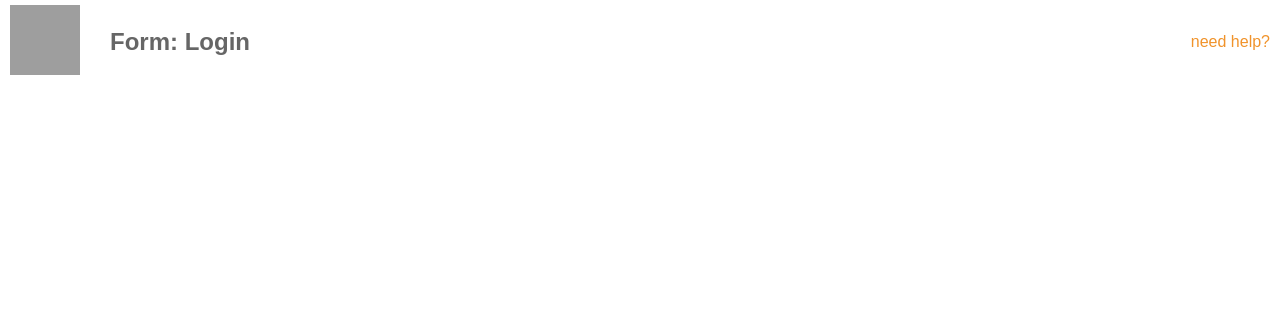
Repository: NguyenDucHung20002/project-homev1
Page: checkout/checkout.html
An editor plug-in stored every save of this project. The page is shown before and after the next save, followed by the edit.
The browser window is 1280 px wide. The pictures show the whole page.
Pictures or frames that could not be fetched are drawn as grey boxes. The style sheet was rebuilt from its Sass, Less or Tailwind sources for each picture, by a compiler version that may differ from the author's.

Above is the page before, as saved 2022-09-20 09:12:07.

### checkout/checkout.html
<!DOCTYPE html>
<html lang="en">

<head>
    <meta charset="UTF-8">
    <meta http-equiv="X-UA-Compatible" content="IE=edge">
    <meta name="viewport" content="width=device-width, initial-scale=1.0">
    <link rel="stylesheet" href="../reset.css">
    <link rel="stylesheet" href="../fontawesome-free-6.1.2-web/css/all.min.css">
    <link rel="stylesheet" href="../dist/css/checkout.css">
    <title>Document</title>
    <link rel="icon" href="/icon/favicon.png">
</head>

<body>
    <header>
        <div class="header">
            <div class="container">
                <div class="header-right">
                    <a href="../homev1.html"><img
                            src="http://wp.0effortthemes.com/themes/veggie/wp-content/uploads/2016/06/header-v3-logo.png"
                            alt=""></a>
                    <h2 class="name-form">Form: Login</h2>
                </div>
                <div class="header-left">
                    <a href="" class="help">need help?</a>
                </div>
            </div>
        </div>
    </header>

    <div class="content">
        <div class="container">

        </div>
    </div>

</body>

<script src="https://cdnjs.cloudflare.com/ajax/libs/jquery/3.6.0/jquery.min.js"
    integrity="sha512-894YE6QWD5I59HgZOGReFYm4dnWc1Qt5NtvYSaNcOP+u1T9qYdvdihz0PPSiiqn/+/3e7Jo4EaG7TubfWGUrMQ=="
    crossorigin="anonymous" referrerpolicy="no-referrer"></script>
<script src="./checkout.js"></script>

</html>

### reset.css
*,
*::after,
*::before {
  margin: 0;
  padding: 0;
  box-sizing: border-box;
}
a {
  text-decoration: none;
  /* mặc đinh là text-decoration: underline; */
}
ul,
ol {
  list-style: none;
}
input,
button {
  outline: none;
  border: none;
  background: none;
}
table,
th,
td {
  border-collapse: collapse;
}

### checkout/checkout.js
$(".btn-checkout").click((e) => {
  e.preventDefault();
});

### checkout/checkout.scss
* {
  font-family: "Poppins", sans-serif;
}
body {
  position: relative;
}
.container {
  margin: 0 auto;
  width: 1270px;
}
header {
  width: 100%;
  position: fixed;
  top: 0;
  left: 0;
  z-index: 10000;
  background-color: rgba(#ffffff, 0.8);
  .header {
    .container {
      display: flex;
      align-items: center;
      justify-content: space-between;
      padding: 5px;
      .header-right {
        display: flex;
        justify-content: flex-start;
        align-items: center;
        a {
          img {
            width: 70px;
            height: 70px;
          }
        }
        .name-form {
          color: #666;
          margin-left: 30px;
        }
      }
      .header-left {
        a {
          color: #f0932b;
        }
      }
    }
  }
}
.content {
  position: relative;
  z-index: 9999;
  .container {
    background-color: #ffffff;
    margin-top: 84px;
    padding: 40px 0px;
    .thank-you {
      width: 400px;
      height: 150px;
      box-shadow: 0px 0px 4px 10px rgba(0, 0, 0, 0.5);
    }
  }
}

Loaded but not shown: fontawesome-free-6.1.2-web/css/all.min.css (library)

After the next save:
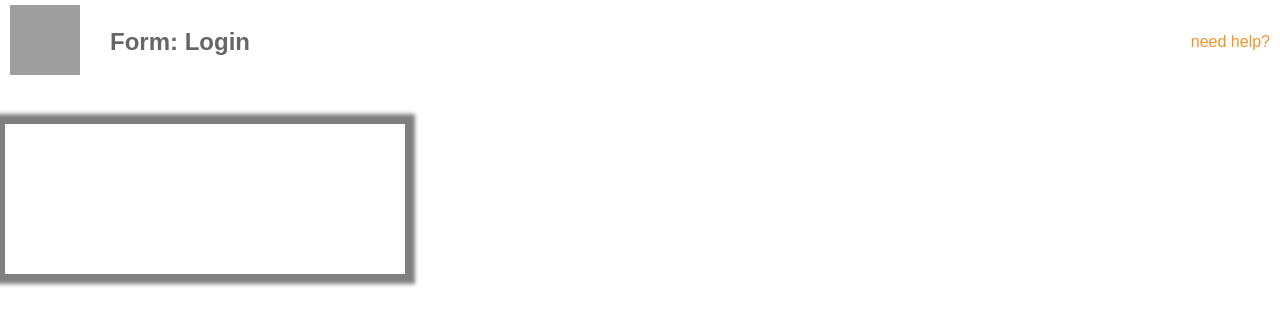
Saved 41 s later.
--- a/checkout/checkout.html
+++ b/checkout/checkout.html
@@ -31,7 +31,9 @@
 
     <div class="content">
         <div class="container">
+            <div class="thank-you">
 
+            </div>
         </div>
     </div>
 
